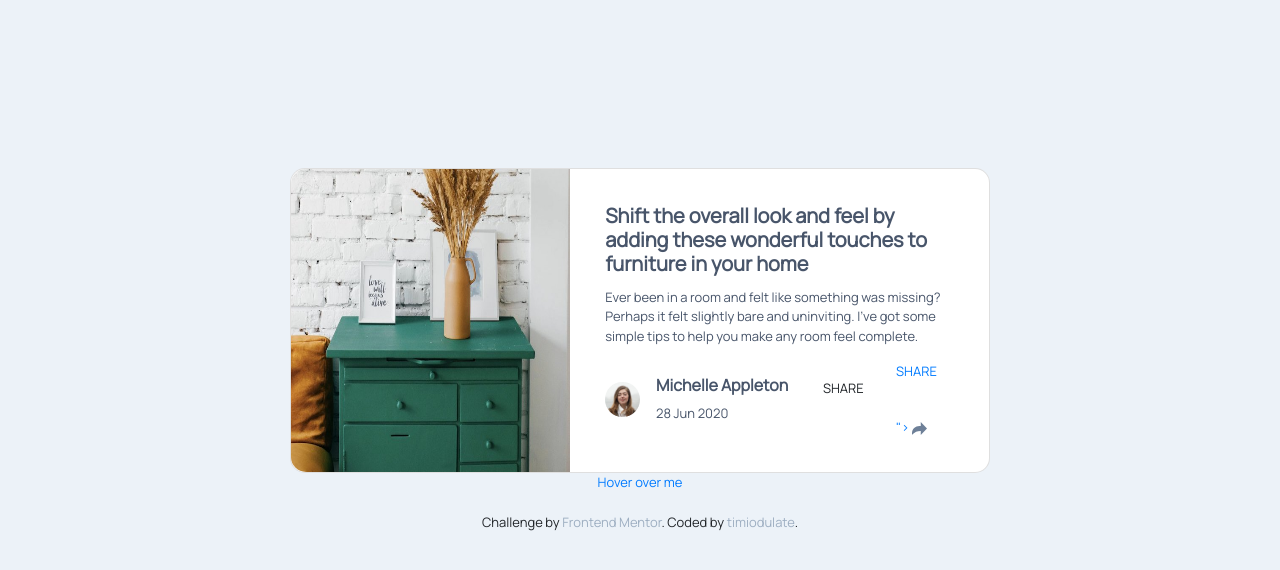
Repository: timiodulate/Article-Preview-Component
Page: index.html
The author's editor kept a copy of each file at every save. The page is drawn from the files as they stood at one save, then again after the next save.
The browser window is 1280 px wide. The pictures show the whole page.

Above is the page before, as saved 2020-07-11 13:52:36.
Console error: SyntaxError: Unexpected identifier 'html'

After the next save:
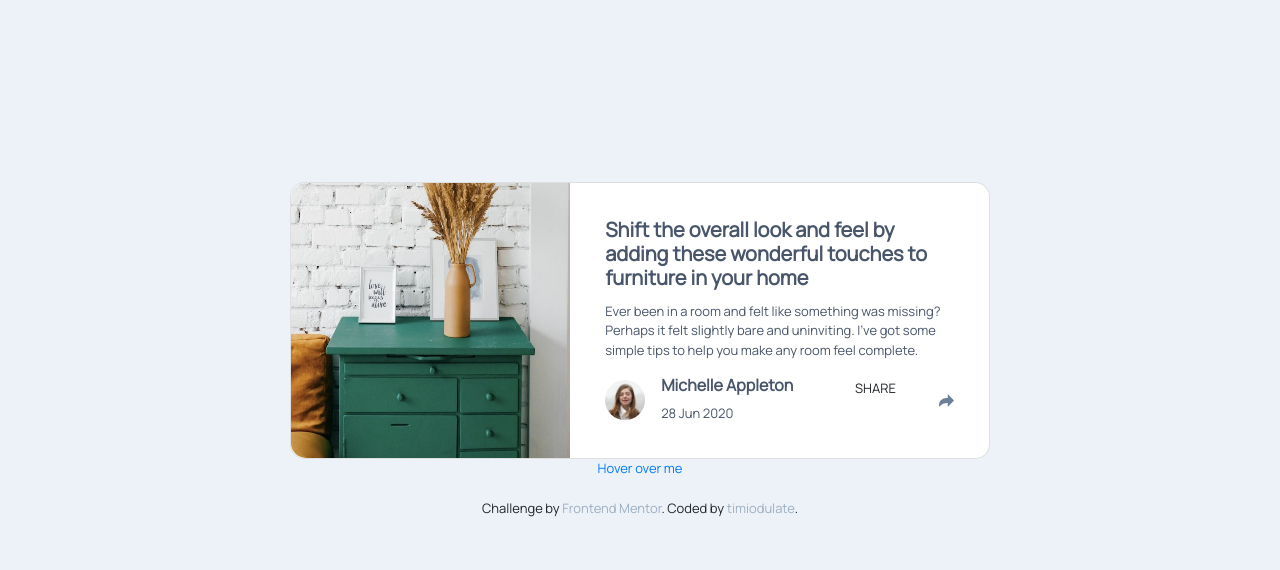
Saved 4 s later.
--- a/index.html
+++ b/index.html
@@ -57,7 +57,7 @@
           </div>
 
           <div id="myTooltips">
-            <a href="#" data-toggle="tooltip" title=""<p>SHARE <img src='./images/icon-facebook.svg' alt='facebooklogo'> <img src='./images/icon-twitter.svg' alt='> <img src='./images/icon-pinterest.svg' alt='pinterestLogo'> </p>">
+            <a href="#" data-toggle="tooltip" title="<p>SHARE <img src='./images/icon-facebook.svg' alt='facebooklogo'> <img src='./images/icon-twitter.svg' alt='> <img src='./images/icon-pinterest.svg' alt='pinterestLogo'> </p>">
               <img src="./images/icon-share.svg" alt="shareIcon">
             </a>
           </div>
